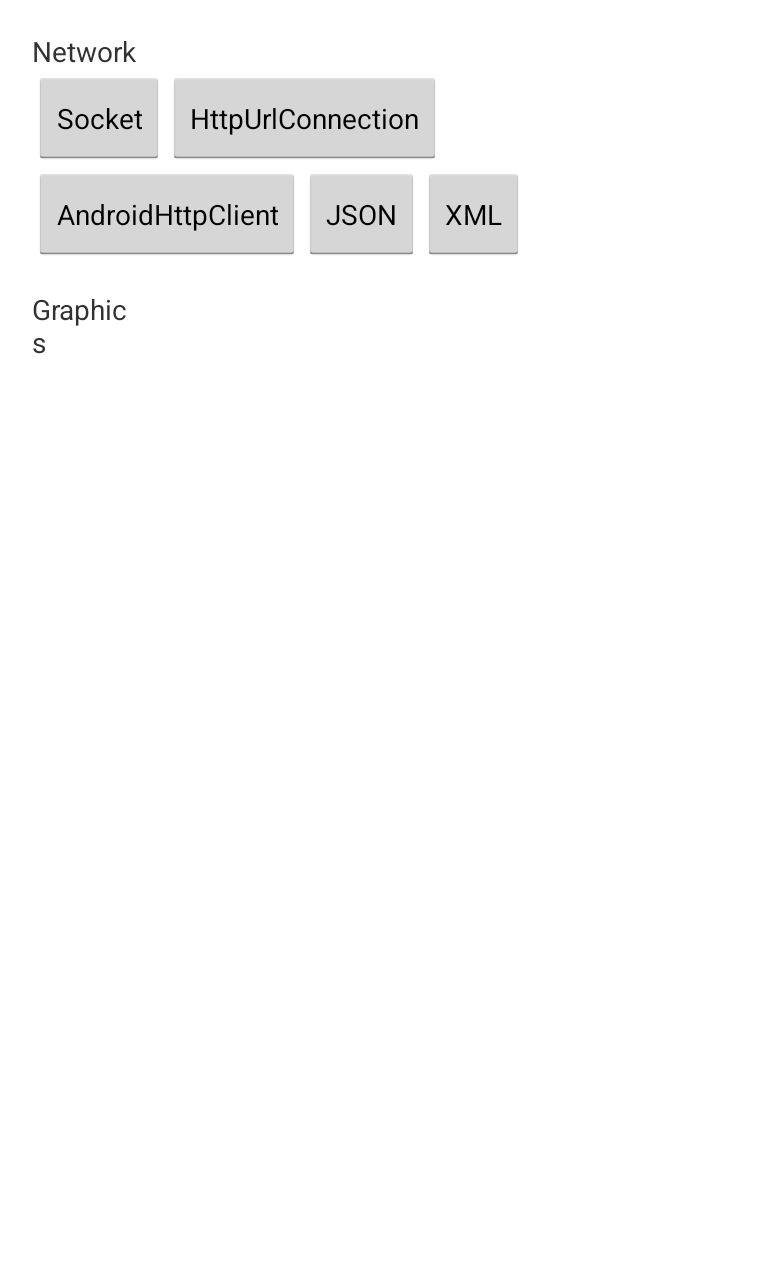
Repository: Amir13/Android_Basic_Steps
Layout: ViewElements4/res/layout/activity_main.xml
These files come from the project's save history. The layout is drawn as it stood at one moment and after the next save; the edit follows.
It is drawn on a 768 x 1280 px phone screen (xhdpi) without system bars, with theme AppTheme; the app's code is not run.

Above is the layout before, as saved 2014-06-08 13:49:15.

After the next save:
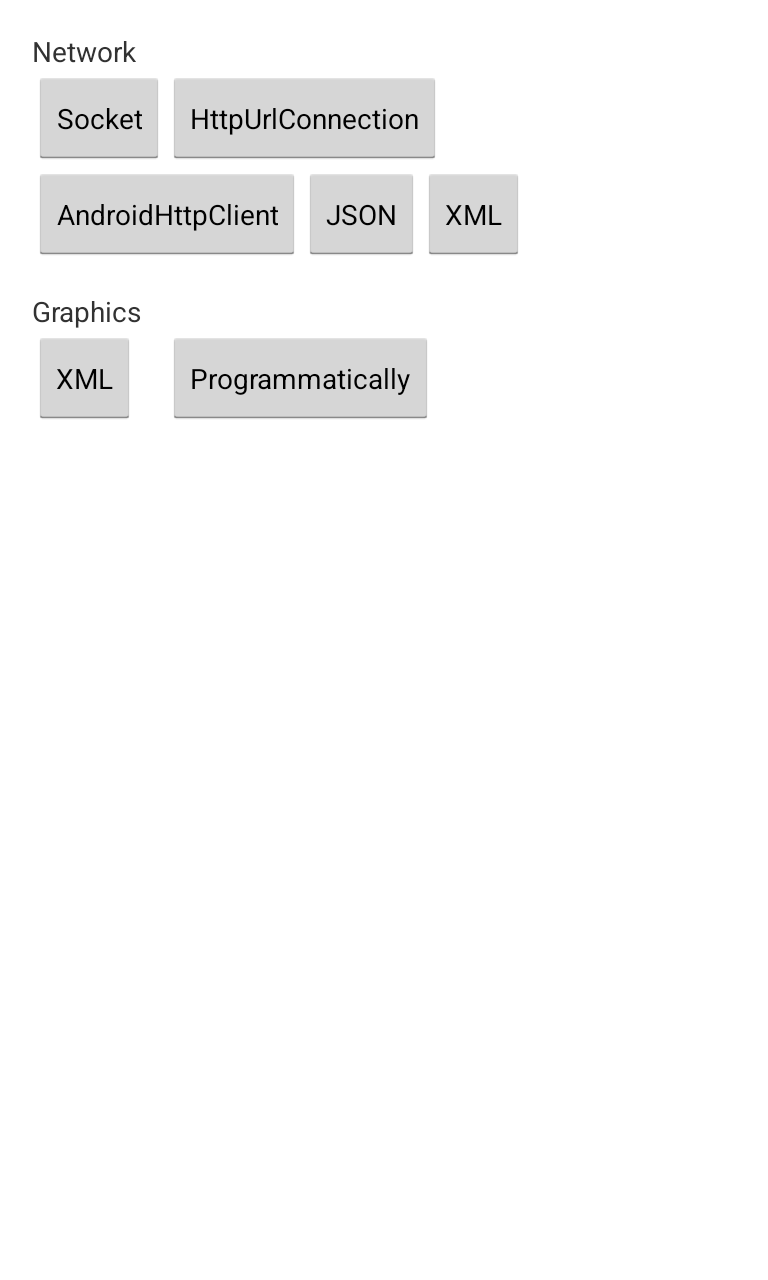
Saved 4 min 36 s later.
--- a/ViewElements4/res/layout/activity_main.xml
+++ b/ViewElements4/res/layout/activity_main.xml
@@ -65,9 +65,27 @@
         android:id="@+id/textView2"
         android:layout_width="wrap_content"
         android:layout_height="wrap_content"
-        android:layout_alignRight="@+id/textView1"
+        android:layout_alignLeft="@+id/btnAndroid"
         android:layout_below="@+id/btnAndroid"
-        android:layout_marginTop="14dp"
+        android:layout_marginTop="15dp"
         android:text="Graphics" />
 
+    <Button
+        android:id="@+id/button1"
+        style="?android:attr/buttonStyleSmall"
+        android:layout_width="wrap_content"
+        android:layout_height="wrap_content"
+        android:layout_alignLeft="@+id/textView2"
+        android:layout_below="@+id/textView2"
+        android:text="XML" />
+
+    <Button
+        android:id="@+id/button2"
+        style="?android:attr/buttonStyleSmall"
+        android:layout_width="wrap_content"
+        android:layout_height="wrap_content"
+        android:layout_alignLeft="@+id/btnHttp"
+        android:layout_alignTop="@+id/button1"
+        android:text="Programmatically" />
+
 </RelativeLayout>
